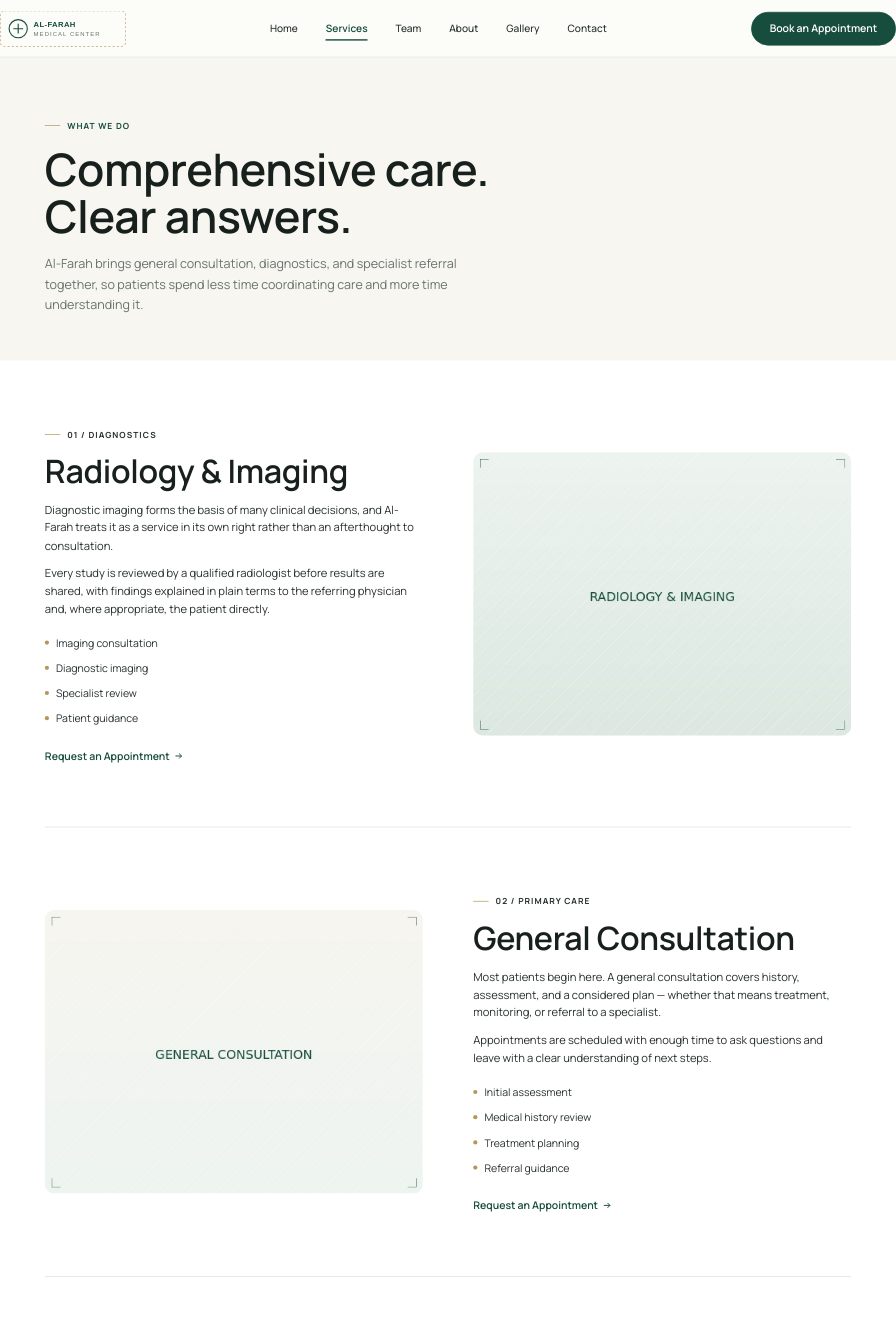
Repository: mraeesaziz45/al-farah
Page: services.html
The author's editor kept a copy of each file at every save. The page is drawn from the files as they stood at one save, then again after the next save.
The browser window is 1280 px wide. The pictures show the part of the page from y = 0 to 1920 px (the page is 5292 px tall), at 70% of full size.

Above is the page before, as saved 2026-09-05 19:11:04.

After the next save:
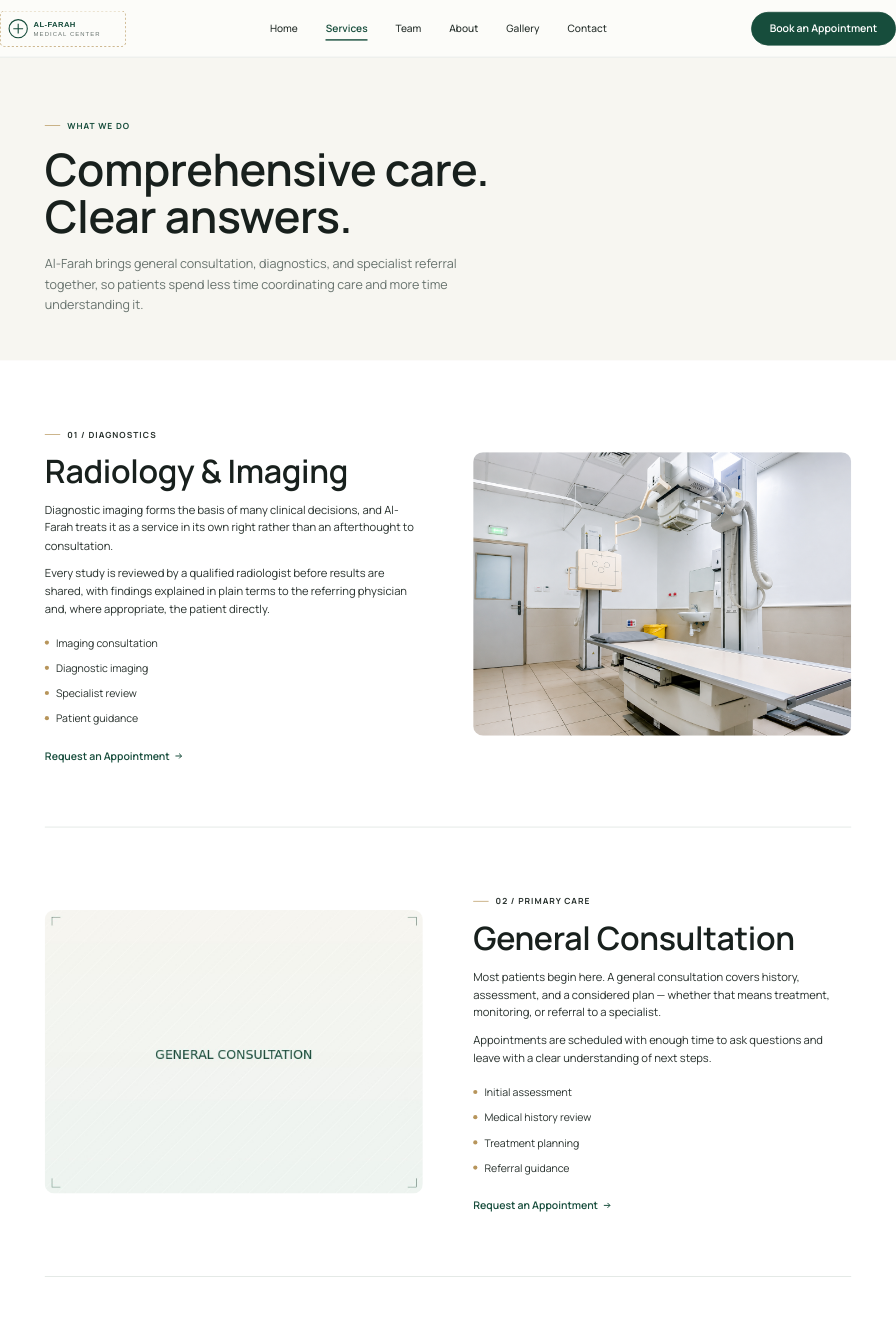
Saved 11 min 21 s later.
--- a/services.html
+++ b/services.html
@@ -86,7 +86,7 @@
           <a href="contact.html" class="text-link">Request an Appointment <svg width="14" height="14" viewBox="0 0 16 16" fill="none" stroke="currentColor" stroke-width="1.6"><path d="M3 8h10M9 4l4 4-4 4"/></svg></a>
         </div>
         <div class="service-detail-media" data-reveal>
-          <img src="assets/images/radiology-placeholder.jpg" alt="Radiology and imaging service placeholder" width="1000" height="750" loading="lazy" decoding="async">
+          <img src="assets/images/radiology-and-imaging.png" alt="Radiology and imaging service placeholder" width="1000" height="750" loading="lazy" decoding="async">
         </div>
       </div>
 
